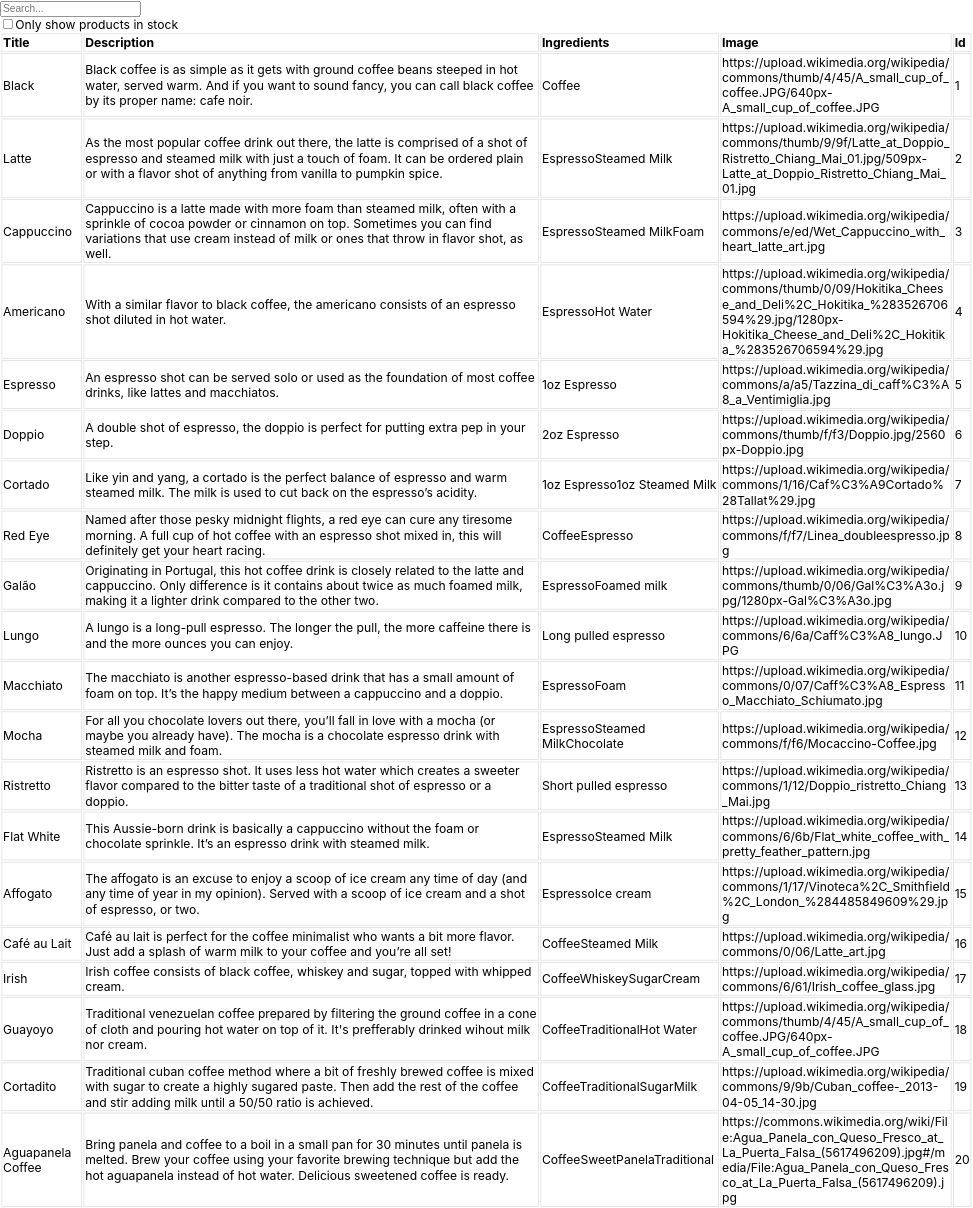
Repository: mariocapitbrok/reactjs-learn
Page: / (app in 05_filtered-data-table/)
An editor plug-in stored every save of this project. The page is shown before and after the next save, followed by the edit.
The browser window is 1280 px wide. The pictures show the whole page, at 76% of full size.
The project was rebuilt for these pictures with package versions that can differ from the ones it lists, and the page was loaded fresh each time.

Above is the page before, as saved 2023-02-26 02:26:18.

After the next save:
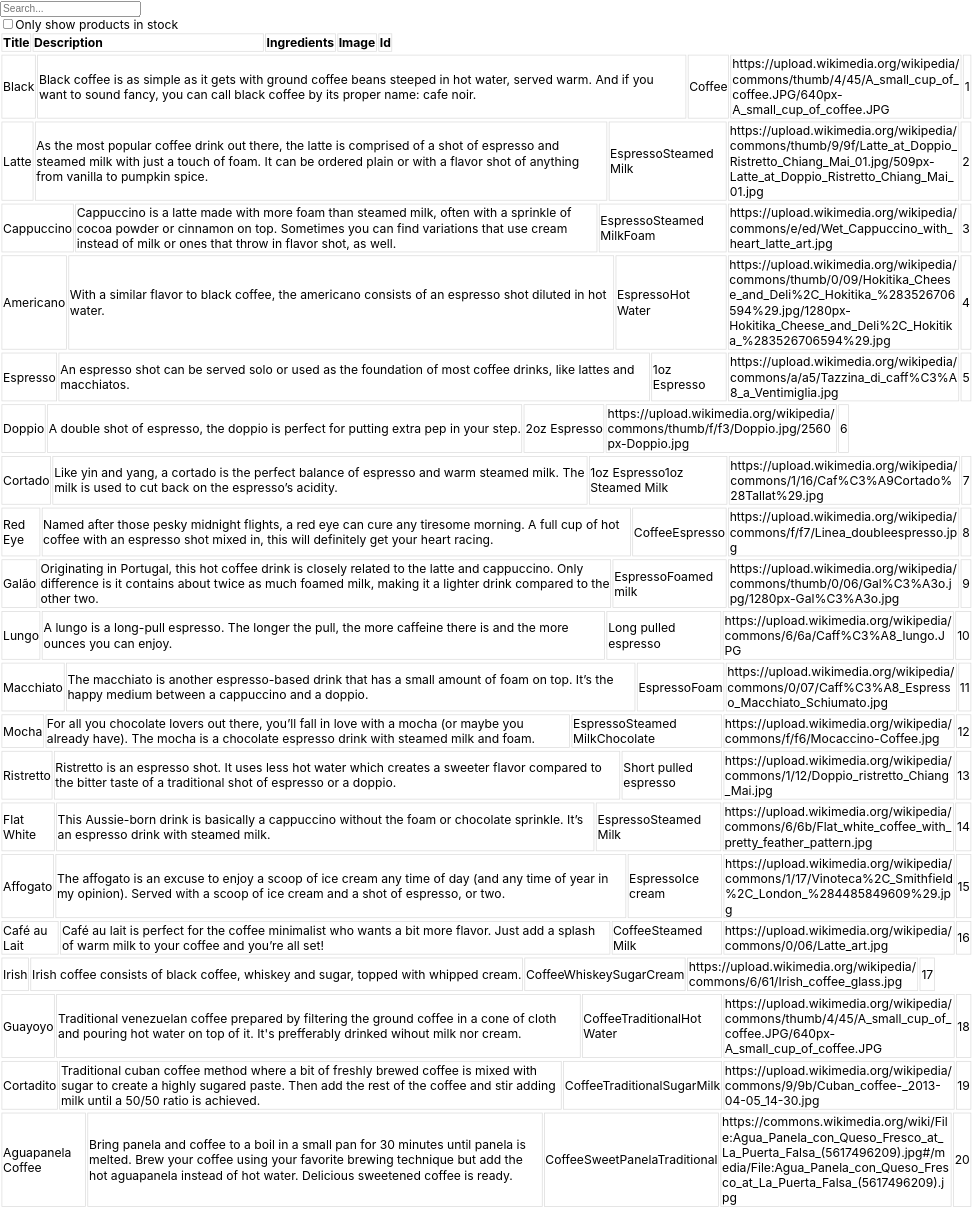
Saved 7 min 20 s later.
--- a/05_filtered-data-table/src/App.css
+++ b/05_filtered-data-table/src/App.css
@@ -1,7 +1,15 @@
 
 /* Table*/
 #my-table {
-  width: 100%;
+  display: grid;
+}
+
+#my-table thead {
+  display:contents;
+}
+
+#my-table tbody {
+  display: contents;
 }
 
 #my-table th {
